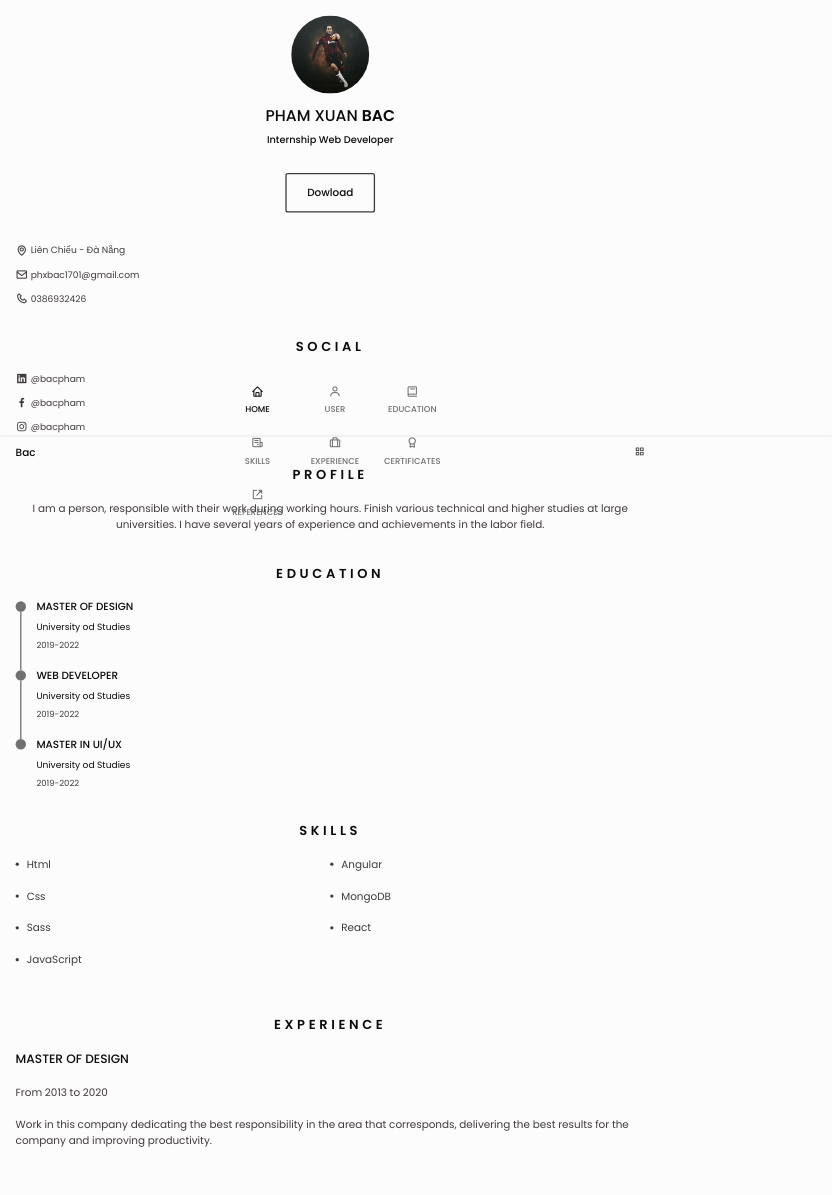
Repository: northpx/myCV
Page: index.html
The author's editor kept a copy of each file at every save. The page is drawn from the files as they stood at one save, then again after a run of saves.
The browser window is 1280 px wide. The pictures show the whole page, at 65% of full size.

Above is the page before, as saved 2023-02-23 12:41:46.

### index.html
<!DOCTYPE html>
<html lang="en">
<head>
    <meta charset="UTF-8">
    <meta http-equiv="X-UA-Compatible" content="IE=edge">
    <meta name="viewport" content="width=device-width, initial-scale=1.0">
    <link rel="stylesheet" href="./src/css/styles.css">
    <link rel="stylesheet" href="https://cdn.jsdelivr.net/npm/boxicons@latest/css/boxicons.min.css">
    <title>Pham Xuan Bac</title>
</head>
<body>
    <header class="l-header" id="header">
        <nav class="nav bd-container">
            <a href="#" class="nav__logo">Bac</a>
            <div class="nav__menu" id="nav-menu">
                <ul class="nav__list">
                    <li class="nav__item">
                        <a href="#home" class="nav__link active-link">
                            <i class='bx bx-home nav__icon' ></i>HOME
                        </a>
                    </li>
                    <li class="nav__item">
                        <a href="#profile" class="nav__link">
                            <i class='bx bx-user nav__icon' ></i>USER
                        </a>
                    </li>
                    <li class="nav__item">
                        <a href="#education" class="nav__link">
                            <i class='bx bx-book nav__icon' ></i>EDUCATION
                        </a>
                    </li>
                    <li class="nav__item">
                        <a href="#skills" class="nav__link">
                            <i class='bx bx-receipt nav__icon' ></i>SKILLS
                        </a>
                    </li>
                    <li class="nav__item">
                        <a href="#experience" class="nav__link">
                            <i class='bx bx-briefcase-alt nav__icon' ></i>EXPERIENCE
                        </a>
                    </li>
                    <li class="nav__item">
                        <a href="#certificates" class="nav__link">
                            <i class='bx bx-award nav__icon' ></i>CERTIFICATES
                        </a>
                    </li>

                    <li class="nav__item">
                        <a href="#references" class="nav__link">
                            <i class='bx bx-link-external nav__icon' ></i>REFERENCES
                        </a>
                    </li>
                </ul>
            </div>

            <div class="nav__toogle" id="nav-toggle">
                <i class="bx bx-grid-alt"></i>
            </div>
        </nav>
    </header>
    <main class="l-main bd-container">
        <div class="resume">
            <div class="resume__left">
                <section class="home" id="home">
                    <div class="home__container section bd-grid">
                        <div class="home__data bd-grid">
                            <img src="./src/img/z3668101589347_355da8c054c5f58beb49364ce3f9e5b5.jpg" alt="" class="home__img">
                            <h1 class="home__title">PHAM XUAN <b>BAC</b></h1>
                            <h3 class="home__profession">Internship Web Developer</h3>
                            <div>
                                <a download="" href="./src/pdf/resumecv.pdf" class="home__button-movil">Dowload</a>
                            </div>
                        </div>
                        <div class="home__address bd-grid">
                            <span class="home__information">
                                <i class="bx bx-map home__icon"></i> Liên Chiểu - Đà Nẵng
                            </span>
                            <span class="home__information">
                                <i class="bx bx-envelope home__icon"></i> phxbac1701@gmail.com
                            </span>
                            <span class="home__information">
                                <i class="bx bx-phone home__icon"></i> 0386932426
                            </span>
                        </div>
                    </div>
                </section>

                <section class="social section">
                    <h2 class="section-title">SOCIAL</h2>
                    <div class="social__container bd-grid">
                        <a href="https://www.linkedin.com/" target="_blank" class="social_link">
                            <i class="bx bxl-linkedin-square social__icon"></i> @bacpham
                        </a>
                        <a href="https://www.facebook.com/north.px.13/" target="_blank" class="social_link">
                            <i class="bx bxl-facebook social__icon"></i> @bacpham
                        </a>
                        <a href="https://www.instagram.com/_north.px_/" target="_blank" class="social_link">
                            <i class="bx bxl-instagram social__icon"></i> @bacpham
                        </a>
                    </div>
                </section>

                <section class="profile section" id="profile">
                    <h2 class="section-title">Profile</h2>
                    <p class="profile__description">
                        I am a person, responsible with their work during working hours. Finish various technical and higher studies at large universities. I have several years of experience and achievements in the labor field.
                    </p>
                </section>

                <section class="education section" id="education">
                    <h2 class="section-title">Education</h2>
                    <div class="education__container bd-grid">
                        <div class="education__content">
                            <div class="education__time">
                                <span class="education__rounder"></span>
                                <span class="education__line"></span>
                            </div>
                            <div class="education__data bd-grid">
                                <h3 class="education__title">MASTER OF DESIGN</h3>
                                <span class="education__studies">University od Studies</span>
                                <span class="education__year">2019-2022</span>
                            </div>
                        </div>

                        <div class="education__content">
                            <div class="education__time">
                                <span class="education__rounder"></span>
                                <span class="education__line"></span>
                            </div>
                            <div class="education__data bd-grid">
                                <h3 class="education__title">WEB DEVELOPER</h3>
                                <span class="education__studies">University od Studies</span>
                                <span class="education__year">2019-2022</span>
                            </div>
                        </div>

                        <div class="education__content">
                            <div class="education__time">
                                <span class="education__rounder"></span>
                                <!-- <span class="education__line"></span> -->
                            </div>
                            <div class="education__data bd-grid">
                                <h3 class="education__title">MASTER IN UI/UX</h3>
                                <span class="education__studies">University od Studies</span>
                                <span class="education__year">2019-2022</span>
                            </div>
                        </div>
                    </div>
                </section>

                <section class="skills section" id="skills">
                    <h2 class="section-title">Skills</h2>
                    <div class="skills__content bd-grid">
                        <ul class="skills__data">
                            <li class="skills__name">
                                <span class="skills__circle"></span> Html
                            </li>
                            <li class="skills__name">
                                <span class="skills__circle"></span> Css
                            </li>
                            <li class="skills__name">
                                <span class="skills__circle"></span> Sass
                            </li>
                            <li class="skills__name">
                                <span class="skills__circle"></span> JavaScript
                            </li>
                        </ul>

                        <ul class="skills__data">
                            <li class="skills__name">
                                <span class="skills__circle"></span> Angular
                            </li>
                            <li class="skills__name">
                                <span class="skills__circle"></span> MongoDB
                            </li>
                            <li class="skills__name">
                                <span class="skills__circle"></span> React
                            </li>
                        </ul>
                    </div>
                </section>
            </div>

            <div class="resume__right">
                <div class="section experience section" id="experience">
                    <h2 class="section-title">Experience</h2>
                    <div class="experience__container bd-grid">
                        <div class="experience__content">
                            <div class="experience__time">
                                <span class="experience__rounder"></span>
                                <span class="experience__line"></span>
                            </div>
                            <div class="experience__data bd-grid">
                                <h3 class="experience__title">MASTER OF DESIGN</h3>
                                <span class="experience__company">From 2013 to 2020</span>
                                <p class="experience__description">Work in this company dedicating the best responsibility in the area that corresponds, delivering the best results for the company and improving productivity.</p>
                            </div>
                        </div>
                    </div>
                </div>
            </div>
        </div>
    </main>
    <script src=""></script>
    <script src="./src/js/scripts.js"></script>
</body>
</html>

### src/css/styles.css
@import url('https://fonts.googleapis.com/css2?family=Poppins:ital,wght@0,400;0,500;0,600;1,400;1,500;1,600&family=Roboto:ital,wght@0,100;0,300;0,400;0,500;0,700;0,900;1,100;1,300;1,400;1,500;1,700;1,900&display=swap');

:root{
    --header-height:3rem;
    --title-color:#0a0a0a;
    --text-color:#403a3a;
    --text-color-light:#707070;
    --container-color:#fafafa;
    --container-color-alt:#f0efef;
    --body-color:#fcfcfc;

    --body-font:'Poppins', sans-serif;
    --h1-font-size:1.5rem;
    --h2-font-size:1.25rem;
    --h3-font-size:1rem;
    --normal-font-size:.938rem;
    --small-font-size:.875rem;
    --smaller-font-size:.813rem;

    --font-medium:500;
    --font-semi-bold:600;

    --mb-1:.5rem;
    --mb-2:1rem;
    --mb-3:1.5rem;

    --z-tooltip:10;
    --z-fixed:100;
}

*, ::before, ::after{
    box-sizing: border-boxz;
}

html{
    scroll-behavior: smooth;
}

body{
    margin: 0 0 var(--header-height) 0;
    padding: 0;
    font-family: var(--body-font);
    background-color: var(--body-color);
    color: var(--text-color);
}

h1,h2,h3,ul,p{
    margin: 0;
}

h1,h2,h3{
    color: var(--title-color);
    font-weight: var(--font-medium);
}
ul{
    padding: 0;
    list-style: none;
}

a{
    text-decoration: none;
}
img{
    max-width: 100%;
    height: auto;
}

.section{
    padding: 1.5rem 0;
}

.section-title{
    font-size: var(--h2-font-size);
    color: var(--title-color);
    font-weight: var(--font-semi-bold);
    text-transform: uppercase;
    letter-spacing: .35rem;
    text-align: center;
    margin-bottom: var(--mb-3);
}

.bd-container{
    max-width: 968px;
    width: calc(100% - 3rem);
    margin-left: var(--mb-3);
    margin-right: var(--mb-3);
}

.bd-grid{
    display: grid;
    gap: 1.5rem;
}

.l-header{
    width: 100%;
    position: fixed;
    bottom: 0;
    left: 0;
    z-index: var(--z-fixed);
    background-color: var(--body-color);
    box-shadow: 0 -1px 4px rgba(0, 0, 0, .1);
    transition: .3s;
}

.nav{
    height: var(--header-height);
    display: flex;
    justify-content: space-between;
    align-items: center;
}

@media screen and (max-width: 968px){
    .nav__menu{
        position: fixed;
        bottom: -100%;
        left: 0;
        width: 100%;
        padding: 2rem 0;
        background-color: var(--body-color);
        box-shadow: 0 1px 4px rgba(0, 0, 0, .1);
        border-radius: 1rem 1rem 0 0;
        z-index: var(--z-fixed);
        transition: .3s;
    }
}

.nav__logo,
.nav__toggle{
    color: var(--title-color);
    font-weight: var(--font-medium);
}

.nav__toggle{
    font-size: 1.2rem;
    cursor: pointer;
}

.nav__item{
    text-align: center;
}

.nav__list{
    display: grid;
    grid-template-columns: repeat(3, 1fr);
    gap: 2rem;
}

.nav__link{
    display: flex;
    flex-direction: column;
    font-size: var(--smaller-font-size);
    color: var(--text-color-light);
    font-weight: var(--font-medium);
}

.nav__link:hover{
    color: var(--title-color);
}

.nav__icon{
    font-size: 1.2rem;
    margin-bottom: var(--mb-1);
}

.show-menu{
    bottom: var(--header-height);
}

.active-link{
    color: var(--title-color);
}

.home{
    position: relative;

}

.home__container{
    gap: 3rem;
}

.home__data{
    gap: .5rem;
    text-align: center;
}

.home__img{
    width: 120px;
    height: 120px;
    border-radius: 50%;
    justify-self: center;
    margin-bottom: var(--mb-1);
}

.home__title{
    font-size: var(--h1-font-size);
}

.home__profession{
    font-size: var(--normal-font-size);
    margin-bottom: var(--mb-1);
}

.home__address{
    gap: 1rem;
}

.home__information{
    display: flex;
    align-items: center;
    font-size: var(--small-font-size);
}
.home__icon{
    font-size: 1.2rem;
    margin-right: .25rem;
}
.home__button-movil{
    display: inline-block;
    border: 2px solid var(--text-color);
    color: var(--title-color);
    padding: 1rem 2rem;
    border-radius: .25rem;
    transition: .3s;
    font-weight: var(--font-medium);
    margin-top: var(--mb-3);
}

.home__button-movil:hover{
    background-color: var(--text-color);
    color: var(--container-color);
}

.social__container{
    grid-template-columns: max-content;
    gap: 1rem;
}

.social_link{
    display: inline-flex;
    align-items: center;
    font-size: var(--small-font-size);
    color: var(--text-color);
}
.social_link:hover{
    color:  var(--title-color);
}
.social__icon{
    font-size: 1.2rem;
    margin-right: .25rem;
}

.profile__description{
    text-align: center;
}

.education__content{
    display: flex;
}

.education__time{
    padding-right: 1rem;
}

.education__rounder{
    position: relative;
    display: block;
    width: 16px;
    height: 16px;
    background-color: var(--text-color-light);
    border-radius: 50%;
    margin-top: .25rem;
}

.education__line{
    display: block;
    width: 2px;
    height: 110%;
    background-color: var(--text-color-light);
    transform: translate(7px, 0);
}

.education__data{
    gap: .5rem;
}

.education__title{
    font-size: var(--h3-font-size);
}
.education__studies{
    font-size: var(--small-font-size);
    color: var(--title-color);
}
.education__year{
    font-size: var(--smaller-font-size);
}

.skills__content{
    grid-template-columns: repeat(2, 1fr);
    gap: 0;
}
.skills__name{
    display: flex;
    align-items: center;
    margin-bottom: var(--mb-3);
}
.skills__circle{
    display: inline-block;
    width: 5px;
    height: 5px;
    border-radius: 50%;
    background-color: var(--text-color);
    margin-right: .75rem;
}

### src/js/scripts.js
const showMenu = (toggleId, navId) =>{
    const toggle = document.getElementById(toggleId),
    nav = document.getElementById(navId)

    // Validate that variables exist
    if(toggle && nav){
        toggle.addEventListener('click', ()=>{
            // We add the show-menu class to the div tag with the nav__menu class
            nav.classList.toggle('show-menu')
        })
    }
}
showMenu('nav-toggle','nav-menu')

const navLink = document.querySelectorAll('.nav__link')

function linkAction(){
    const navMenu = document.getElementById('nav-menu')
    // When we click on each nav__link, we remove the show-menu class
    navMenu.classList.remove('show-menu')
}
navLink.forEach(n => n.addEventListener('click', linkAction))

const sections = document.querySelectorAll('section[id]')

function scrollActive(){
    const scrollY = window.pageYOffset

    sections.forEach(current =>{
        const sectionHeight = current.offsetHeight
        const sectionTop = current.offsetTop - 50;
        sectionId = current.getAttribute('id')

        if(scrollY > sectionTop && scrollY <= sectionTop + sectionHeight){
            document.querySelector('.nav__menu a[href*=' + sectionId + ']').classList.add('active-link')
        }else{
            document.querySelector('.nav__menu a[href*=' + sectionId + ']').classList.remove('active-link')
        }
    })
}
window.addEventListener('scroll', scrollActive)

After the next 2 saves:
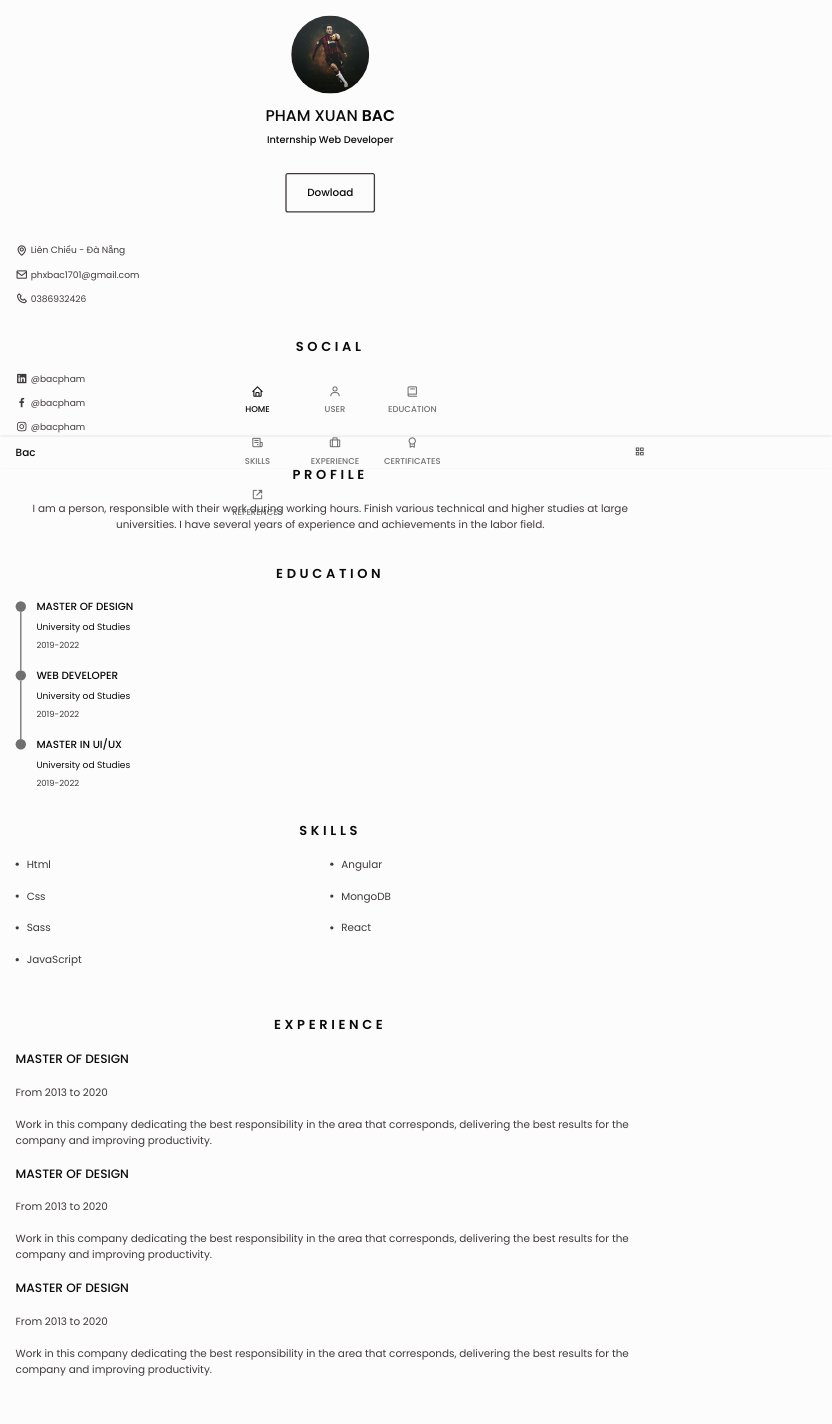
The 2 saves are shown as one change because they came seconds apart.
The last was saved 17 s later.
--- a/index.html
+++ b/index.html
@@ -196,6 +196,28 @@
                                 <p class="experience__description">Work in this company dedicating the best responsibility in the area that corresponds, delivering the best results for the company and improving productivity.</p>
                             </div>
                         </div>
+                        <div class="experience__content">
+                            <div class="experience__time">
+                                <span class="experience__rounder"></span>
+                                <span class="experience__line"></span>
+                            </div>
+                            <div class="experience__data bd-grid">
+                                <h3 class="experience__title">MASTER OF DESIGN</h3>
+                                <span class="experience__company">From 2013 to 2020</span>
+                                <p class="experience__description">Work in this company dedicating the best responsibility in the area that corresponds, delivering the best results for the company and improving productivity.</p>
+                            </div>
+                        </div>
+                        <div class="experience__content">
+                            <div class="experience__time">
+                                <span class="experience__rounder"></span>
+                                <span class="experience__line"></span>
+                            </div>
+                            <div class="experience__data bd-grid">
+                                <h3 class="experience__title">MASTER OF DESIGN</h3>
+                                <span class="experience__company">From 2013 to 2020</span>
+                                <p class="experience__description">Work in this company dedicating the best responsibility in the area that corresponds, delivering the best results for the company and improving productivity.</p>
+                            </div>
+                        </div>
                     </div>
                 </div>
             </div>
